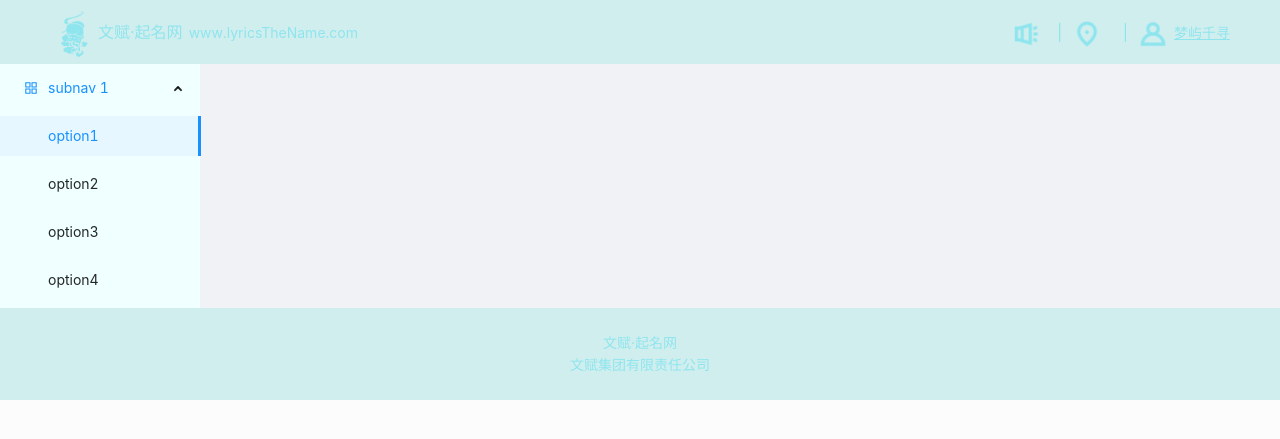
Repository: fangxueliang/react-redux-
Page: /
The author's editor kept a copy of each file at every save. The page is drawn from the files as they stood at one save, then again after the next save.
The browser window is 1280 px wide. The pictures show the whole page.
The project was rebuilt for these pictures with package versions that can differ from the ones it lists, and the page was loaded fresh each time.

Above is the page before, as saved 2020-12-30 12:39:09.

### public/index.html
<!DOCTYPE html>
<html lang="en">
  <head>
    <meta charset="utf-8" />
    <meta name="theme-color" content="#000000" />
    <meta name="description" content="Web site created using create-react-app" />
    <title>React App</title>
  </head>
  <body>
    <div id="root"></div>
  </body>
</html>

### src/index.js
// 主入口文件
//主入口
import React from 'react';//引入react
import ReactDOM from 'react-dom';
import { Main } from './Pages';//引入Main文件

import 'antd/dist/antd.css'//antd样式
import './Common/CSS/layout.css'//布局样式
import './Common/CSS/common.css'//引入公共样式

ReactDOM.render(
  <div className="main">
    <Main />
  </div>,
  document.getElementById('root')
);

### src/Pages/index.js
import React from 'react';
import { Layout } from 'antd'
import { MenuSider } from "./Menu/menu";
import { HeaderCommon } from "./Header/header";
import { FooterCommon } from "./Footer/footer";

const { Header, Footer, Content, Sider } = Layout
export const Main = () => {
    return (

        <div className="Home_layout">
            {/* 头部header */}
            <div >

                <Header> <HeaderCommon /> </Header>

            </div>
            <div >
                <Layout>
                    {/* 左侧导航Sider */}
                    <Sider>
                        <MenuSider />
                    </Sider>
                    {/* 主要内容Content */}
                    <Content></Content>
                </Layout>
            </div>
            {/* 底部footer */}
            <div >

                <Footer>
                    <FooterCommon />
                </Footer>

            </div>
        </div>


    );
}

### src/Common/CSS/layout.css
/* 布局样式  */
.Home_layout {
    position: relative;
    min-height: 100%;
}

.Home_layout .ant-layout-header {
    background: #D1EEEE;
}

.Home_layout .ant-layout-footer {
    position: absolute;
    bottom: 0;
    width: 100%;
    background: #D1EEEE;
}

.Home_layout .ant-layout-sider .ant-menu {
    background: #F0FFFF;
}

### src/Common/CSS/common.css
/* 公共样式 */
body {
    width: 100%;
    height: 100%;
    background: #FCFCFC;
    margin: 0;
}

.main {
    font-size: 16px;
}

### src/Pages/Menu/menu.js
// 左侧菜单
import React from 'react';
import { Menu } from 'antd';
import { AppstoreOutlined, MailOutlined, SettingOutlined } from '@ant-design/icons';

const { SubMenu } = Menu;

export const MenuSider = () => {
    return (
        <Menu
            mode="inline"
            defaultSelectedKeys={['1']}
            defaultOpenKeys={['sub1']}
            style={{ height: '100%', borderRight: 0 }}
        >
            <SubMenu key="sub1" icon={<AppstoreOutlined />} title="subnav 1">
                <Menu.Item key="1">option1</Menu.Item>
                <Menu.Item key="2">option2</Menu.Item>
                <Menu.Item key="3">option3</Menu.Item>
                <Menu.Item key="4">option4</Menu.Item>
            </SubMenu>
            <SubMenu key="sub2" icon={<MailOutlined />} title="subnav 2">
                <Menu.Item key="5">option5</Menu.Item>
                <Menu.Item key="6">option6</Menu.Item>
                <Menu.Item key="7">option7</Menu.Item>
                <Menu.Item key="8">option8</Menu.Item>
            </SubMenu>
            <SubMenu key="sub3" icon={<SettingOutlined />} title="subnav 3">
                <Menu.Item key="9">option9</Menu.Item>
                <Menu.Item key="10">option10</Menu.Item>
                <Menu.Item key="11">option11</Menu.Item>
                <Menu.Item key="12">option12</Menu.Item>
            </SubMenu>
        </Menu>
    )
}

### src/Pages/Header/header.js
// 头部
import React from 'react';
import logo from "../../Asset/img/logo.png";
import myImg from "../../Asset/img/我的.png";
import remindImg from "../../Asset/img/提醒.png";
import positioningImg from "../../Asset/img/定位.png";
import './header.css'

export const HeaderCommon = () => {
    return (
        <div className="header">
            <div className="header_item">
                <img src={logo} className="logo" alt="蓝龙" />
                <span className="logo_title">文赋·起名网</span>
                <a className="logo_URL" href="/">www.lyricsTheName.com</a>
            </div>
            <div className="header_item"></div>
            <div className="header_item header_item_right">
                <span>
                    <img src={remindImg} alt="我的" />
                </span>
                <span className="header_separated">|</span>
                <span>
                    <img src={positioningImg} alt="我的" />
                </span>
                <span className="header_separated"> |</span>
                <span>
                    <img src={myImg} alt="我的" />
                    <span className="header_myName">梦屿千寻</span>
                </span>
            </div>
        </div>
    )
}

### src/Pages/Footer/footer.js
// 头部
import React from 'react';
import './footer.css'

export const FooterCommon = () => {
    return (
        <div className="footer">
            <div>文赋·起名网</div>
            <div>文赋集团有限责任公司</div>
        </div>
    )
}

### src/Pages/Header/header.css
.header {
    display: flex;
    width: 100%;
    height: 100%;
    justify-content: space-between;
}

.header .header_item {
    display: inline-block;
}

.header .header_item .logo {
    width: 48px;
    height: 48px;
}

.header .header_item_right {
    color: #8ee5ee
}

.header .header_item_right img {
    width: 30px;
    height: 30px;
    margin-right: 6px;
}

.header .header_item_right .header_separated {
    margin: 0 10px
}

.header .logo_title {
    color: #8ee5ee
}

.header .logo_URL {
    margin-left: 6px;
    color: #8ee5ee;
    font-size: 14px;
}

.header .header_myName {
    font-size: 14px;
    text-decoration: underline;
}

### src/Pages/Footer/footer.css
.footer {
    text-align: center;
}

.footer div {
    color: #8ee5ee
}

After the next save:
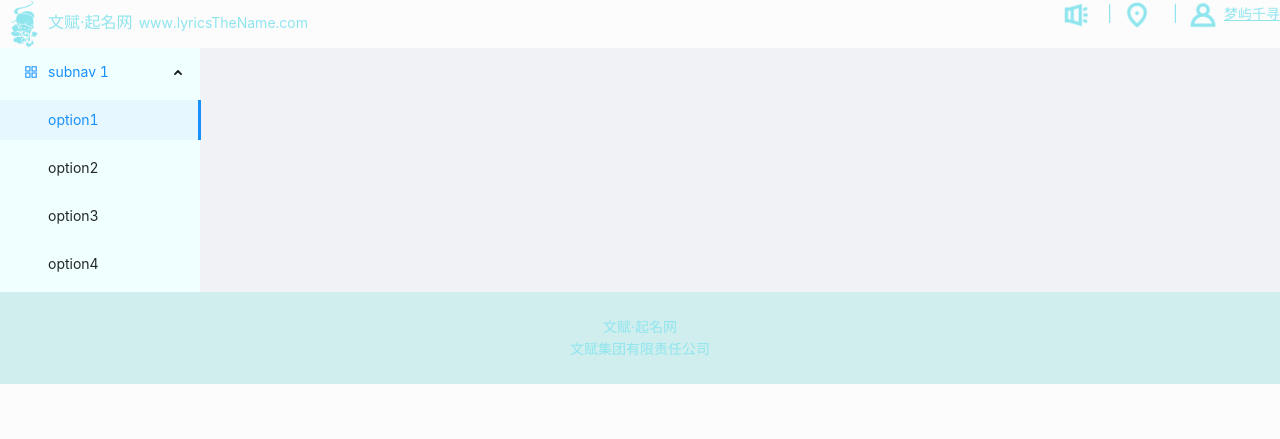
Saved 42 s later.
--- a/src/Pages/index.js
+++ b/src/Pages/index.js
@@ -11,9 +11,7 @@ export const Main = () => {
         <div className="Home_layout">
             {/* 头部header */}
             <div >
-
-                <Header> <HeaderCommon /> </Header>
-
+                <div> <HeaderCommon /> </div>
             </div>
             <div >
                 <Layout>
